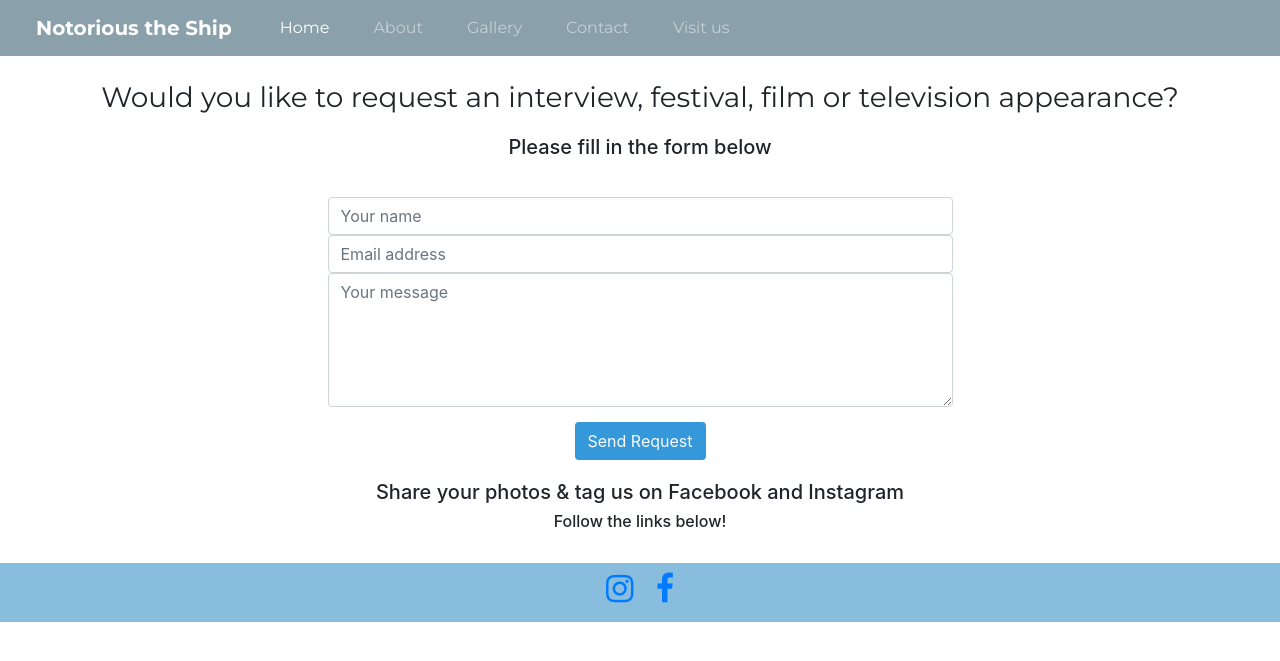
Repository: TSRose/NotorioustheShip
Page: contact.html
The author's editor kept a record of every edit. The page is drawn from the files as they stood at one moment, then again after the next edit.
The browser window is 1280 px wide. The pictures show the whole page.

Above is the page before.

### contact.html
<!DOCTYPE html>
<html lang="en">

<head>
    <meta charset="UTF-8">
    <meta name="viewport" content="width=device-width, initial-scale=1.0">
    <meta http-equiv="X-UA-Compatible" content="ie=edge">
    <link rel="stylesheet" href="https://stackpath.bootstrapcdn.com/bootstrap/4.3.1/css/bootstrap.min.css" type="text/css" />
    <link rel="stylesheet" href="https://stackpath.bootstrapcdn.com/font-awesome/4.7.0/css/font-awesome.min.css">
    <link rel="stylesheet" href="assets/css/style.css" type="text/css">

    <title>Notorious the Ship</title>
</head>

<body>
    <nav class="navbar navbar-dark navbar-expand-sm">
        <a href="index.html" class="navbar-brand">Notorious the Ship</a>
        <button class="navbar-toggler ml-auto" type="button" data-toggle="collapse" data-target="#navbarNavDropdown" aria-controls="navbarNavDropdown" aria-expanded="false" aria-label="Toggle navigation">
      <span class="navbar-toggler-icon"></span></button>
        <div class="collapse navbar-collapse" id="navbarNavDropdown">
            <ul class="navbar-nav mr-auto">
               <li class="active nav-item mr-2"><a class="nav-link" href="index.html">Home</a></li>
                <li class="nav-item mr-2"><a class="nav-link" href="about.html">About</a></li>
                <li class="nav-item mr-2"><a class="nav-link" href="gallery.html">Gallery</a></li>
                <li class="nav-item mr-2"><a class="nav-link" href="contact.html">Contact</a></li>
                <li class="nav-item mr-2"><a class="nav-link" href="open.html">Visit us</a></li>
            </ul>
            </div>
    </nav>

    <section class="container-fluid">
        <div class="row bg-color-contact">
            <div class="col-12">
                <h3 class="contact-heading text-center"> Would you like to request an interview, festival, film or television appearance?</h3>
                <h5 class="text-center">Please fill in the form below </h5>
                <div class="center-form">
                    <form>
                        <input type="text" name="name" id="fullname" class="form-control" placeholder="Your name" required />
                        <input type="email" name="email" id="emailaddress" class="form-control" placeholder="Email address" required />
                        <textarea rows="5" name="websitemessage" id="websitemessage" class="form-control" placeholder="Your message" required /></textarea>
                        <div class="form-row text-center">
                            <div class="col">
                                <button type="submit" class="btn">Send Request</button>
                            </div>
                        </div>
                    </form>
                </div>
                <h5 class="text-center">
                    Share your photos & tag us on Facebook and Instagram</h5>
                    <h6 class="text-center">Follow the links below!</h6>
                    <br>
            </div>
        </div>
    </section>
 <!---------------------------footer----->
    <footer class="container-fluid footer">
        <div id="footer-details" class="row">
            <div class="col-12">
                <ul class="list-inline social-links">
                    <li class="list-inline-item">
                        <a target="_blank" href="http://instagram.com/notorioustheship">
                        <i class="fa fa-instagram fa-2x" aria-hidden="true"></i>
                        <span class="sr-only">Instagram</span>
                        </a>
                    </li>
                    <li class="list-inline-item">
                        <a target="_blank" href="http://facebook.com/notorioustheship">
                        <i class="fa fa-facebook fa-2x" aria-hidden="true"></i>
                        <span class="sr-only">Facebook</span>
                        </a>
                    </li>
                </ul>
            </div>
        </div>
    </footer>

    <script src="https://code.jquery.com/jquery-3.3.1.slim.min.js" integrity="sha384-q8i/X+965DzO0rT7abK41JStQIAqVgRVzpbzo5smXKp4YfRvH+8abtTE1Pi6jizo" crossorigin="anonymous"></script>
    <script src="https://cdnjs.cloudflare.com/ajax/libs/popper.js/1.14.7/umd/popper.min.js" integrity="sha384-UO2eT0CpHqdSJQ6hJty5KVphtPhzWj9WO1clHTMGa3JDZwrnQq4sF86dIHNDz0W1" crossorigin="anonymous"></script>
    <script src="https://stackpath.bootstrapcdn.com/bootstrap/4.3.1/js/bootstrap.min.js" integrity="sha384-JjSmVgyd0p3pXB1rRibZUAYoIIy6OrQ6VrjIEaFf/nJGzIxFDsf4x0xIM+B07jRM" crossorigin="anonymous"></script>

</body>

</html>

### assets/css/style.css
@import url('https://fonts.googleapis.com/css?family=Montserrat:100,200,300,400,500,600,700|Roboto:100,200,300,400,500,600,700');

body {
    margin: 10;
    padding: 0;
}

header {
    margin: 0;
}

footer {
    background-color: #89bddd;
    border-color: #89bddd;
}

/*-------------------------------- navbar */

.navbar-brand {
    font-family: "Montserrat", sans-serif;
    color: #fafafa;
    margin: 0 20px;
}

.nav-item {
    color: #fafafa;
    font-family: "Montserrat", sans-serif;
    margin: 0 20px;
}

.list-inline {
    text-align: center;
}

.navbar {
    color: #aaa;
    background-color: #8aa0aa;
    margin-bottom: 0;
    border: 0;
    width: 100%;
}

.navbar .navbar-toggler {
    border: 0;
}

.navbar-brand {
    font-weight: 700;
}

/*---------------------------------Landing ----*/

.landing-container {
    height: 100VH;
    background: url("../images/notorious_portdouglas_xsm_crop.jpg") no-repeat center center fixed;
    -webkit-background-size: cover;
    -moz-background-size: cover;
    -o-background-size: cover;
    background-size: cover;
    display: flex;
    align-items: center;
    justify-content: center;
    position: relative;
}

.text-uppercase {
    text-transform: uppercase;
}

.landing-subheading {
    padding: 0 0px;
    text-transform: .5em;
    text-align: left;
}

.landing {
  margin: auto;
  width: 50%;
  border: 3px solid green;
  padding: 10px;
}
}

/*--------------------------------Jumbotron*/

.jumbotron-landing {
    background-color: transparent;
    padding-left: 0px;
    padding-top: 30px;
    padding-bottom: 30px;
    color: #fafafa;
}

.jumbotron-header {
    font-weight: bold;
    margin-bottom: 35px;
    margin: 50px;
    text-transform: capitalize;
    padding: 50px;
}

@media (min-width: 576px) {
    .landing-container {
        background: url("../images/notorious_portdouglas_sm_crop.jpg") no-repeat center center fixed;
    }
}

@media (min-width: 768px) {
    .landing-container {
        background: url("../images/notorious_portdouglas_md_crop.jpg") no-repeat center center fixed;
    }
}

@media (min-width: 1030px) {
    .landing-container {
        background: url("../images/notorious_portdouglas.PNG") no-repeat center center fixed;
    }
}


/*--------------------------------------- contact form*/

.contact-heading {
    font-family: "Montserrat", sans-serif;
    font-weight: 200;
    margin-top: 25px;
    margin-bottom: 20px;
}

.center-form {
    padding-top: 10px;
    margin: 0 auto;
    max-width: 70%;
}

button[type="submit"] {
    margin-top: 15px;
    margin-bottom: 20px;
    color: #fafafa;
    background-color: #3498db;
}

.col .btn {
    padding: 0 15;
}

@media(max-width: 991px) {
    .center-form {
        padding-top: 30px;
        min-height: 240px;
        margin: 0 auto;
        max-width: 70%;
    }
}

@media(min-width: 992px) {
    .center-form {
        padding-top: 30px;
        min-height: 240px;
        margin: 0 auto;
        max-width: 50%;
    }
}

@media(min-width: 992px) {
    .contact-heading {
        font-family: "Montserrat", sans-serif;
        font-weight: 400;
        margin-top: 25px;
        margin-bottom: 20px;
    }
}


/*-----------------------------------Buttons*/

.btn--learnmore {
    font-weight: bold;
    border-radius: 23px;
    width: 160px;
}


.btn--learnmore:hover,
.but--learnmore:active,
.btn--learnmore:focus,
.btn--learnmore:active:focus {
    background-color: #dc7606;
    border-color: #dc7606;
}

/*-----------------------------------Footer*/
.social-links {
    padding-top: 10px;
}

.list-inline-item {
    padding-left: 5px;
    padding-right: 5px;
}

After the next edit:
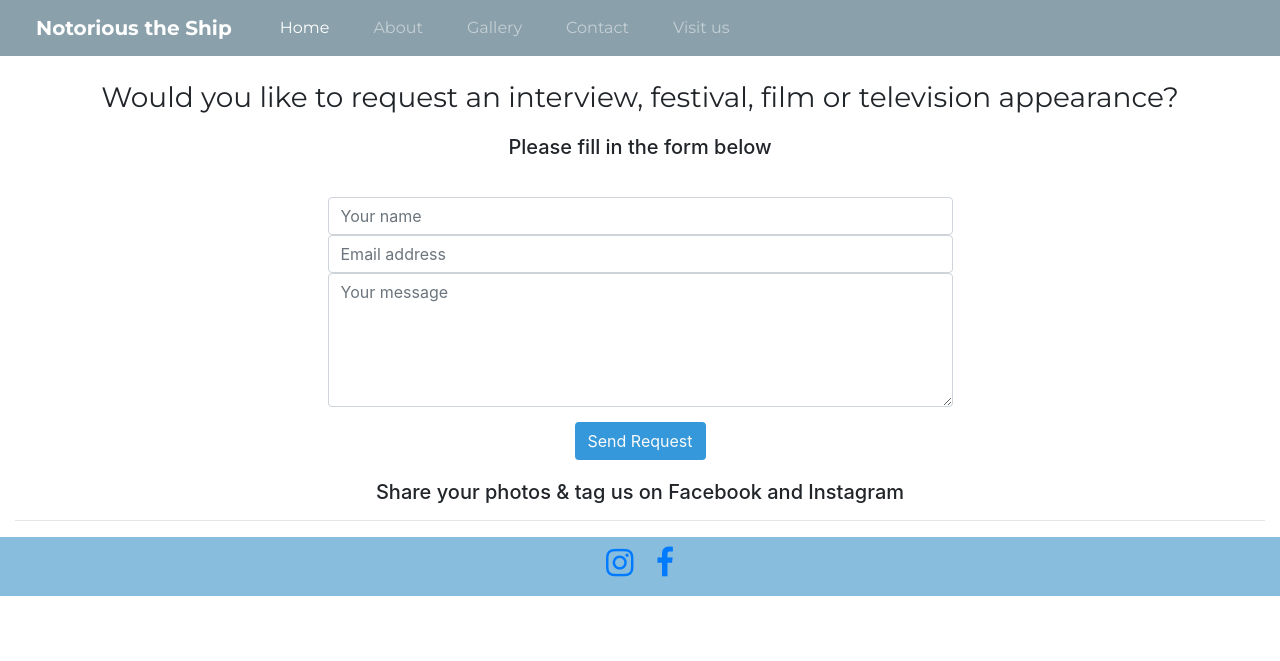
The edit:
--- a/contact.html
+++ b/contact.html
@@ -47,8 +47,8 @@
                 </div>
                 <h5 class="text-center">
                     Share your photos & tag us on Facebook and Instagram</h5>
-                    <h6 class="text-center">Follow the links below!</h6>
-                    <br>
+
+                <hr>
             </div>
         </div>
     </section>
